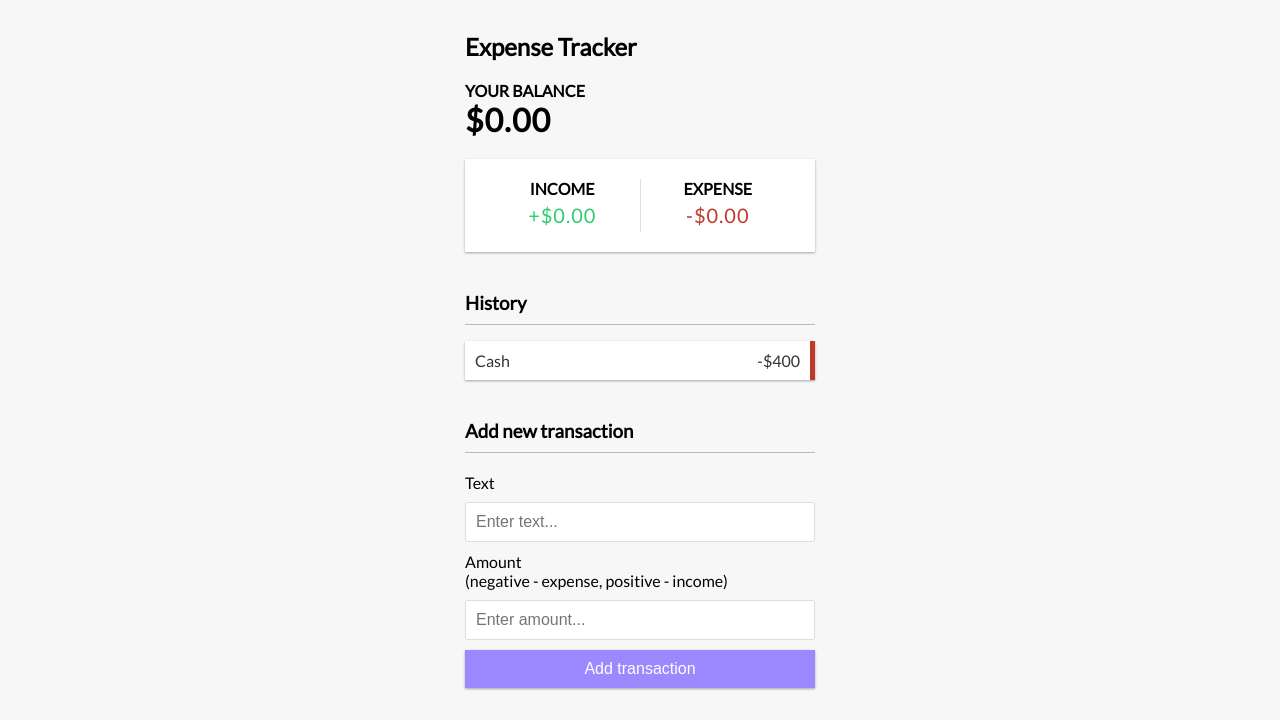
Repository: Adel-Abdallah/ex-tracker
Page: /
These files come from the project's save history. The page is drawn as it stood at one moment and after a run of saves; the edit follows.
The browser window is 1280 px wide. The pictures show the whole page.
The project was rebuilt for these pictures with package versions that can differ from the ones it lists, and the page was loaded fresh each time.

Above is the page before, as saved 2020-10-24 17:50:51.

### src/index.js
import React from 'react';
import ReactDOM from 'react-dom';

import App from './App';


ReactDOM.render(

    <App />,

  document.getElementById('root')
);

### src/App.js
import React from "react";
import Header from "./component/Header";
import Balance from "./component/Balance";
import "./App.css";
import IncomeEspenses from "./component/IncomeExpenses";
import TransactionList from "./component/TransactionList";
import AddTransaction from "./component/AddTransaction";

function App() {
  return (
    <div>
      <div className='container'>
        <Header />
        <Balance />
        <IncomeEspenses />
        <TransactionList />
        <AddTransaction/>
      </div>
    </div>
  );
}

export default App;

### src/component/Header.jsx
import React from "react";

const Header = () => {
  return <h2>Expense Tracker</h2>;
};

export default Header;

### src/component/Balance.jsx
import React from "react";

const Balance = () => {
  return (
    <>
      <h4>Your Balance</h4>
      <h1>$0.00</h1>
    </>
  );
};

export default Balance;

### src/component/IncomeExpenses.jsx
import React from "react";

const IncomeEspenses = () => {
  return (
    <div className='inc-exp-container'>
      <div>
        <h4>Income</h4>
        <p className='money plus'>+$0.00</p>
      </div>
      <div>
        <h4>Expense</h4>
        <p className='money minus'>-$0.00</p>
      </div>
    </div>
  );
};

export default IncomeEspenses;

### src/component/TransactionList.jsx
import React from 'react';

const TransactionList = () => {
    return (
        <>
        <h3>History</h3>
      <ul id="list" className="list">
         <li className="minus">
          Cash <span>-$400</span><button className="delete-btn">x</button>
        </li>
      </ul>
      </>
     );
}

export default TransactionList;

### src/component/AddTransaction.jsx
import React from 'react';

const AddTransaction = () => {
    return (
        <>
        <h3>Add new transaction</h3>
      <form id="form">
        <div className="form-control">
          <label htmlFor="text">Text</label>
          <input type="text" id="text" placeholder="Enter text..." />
        </div>
        <div className="form-control">
          <label htmlFor="amount"
            >Amount <br />
            (negative - expense, positive - income)</label
          >
          <input type="number" id="amount" placeholder="Enter amount..." />
        </div>
        <button className="btn">Add transaction</button>
      </form>

    </>
      );
}

export default AddTransaction;

Loaded but not shown: public/index.html (common file); src/App.css (common file)

After the next 2 saves:
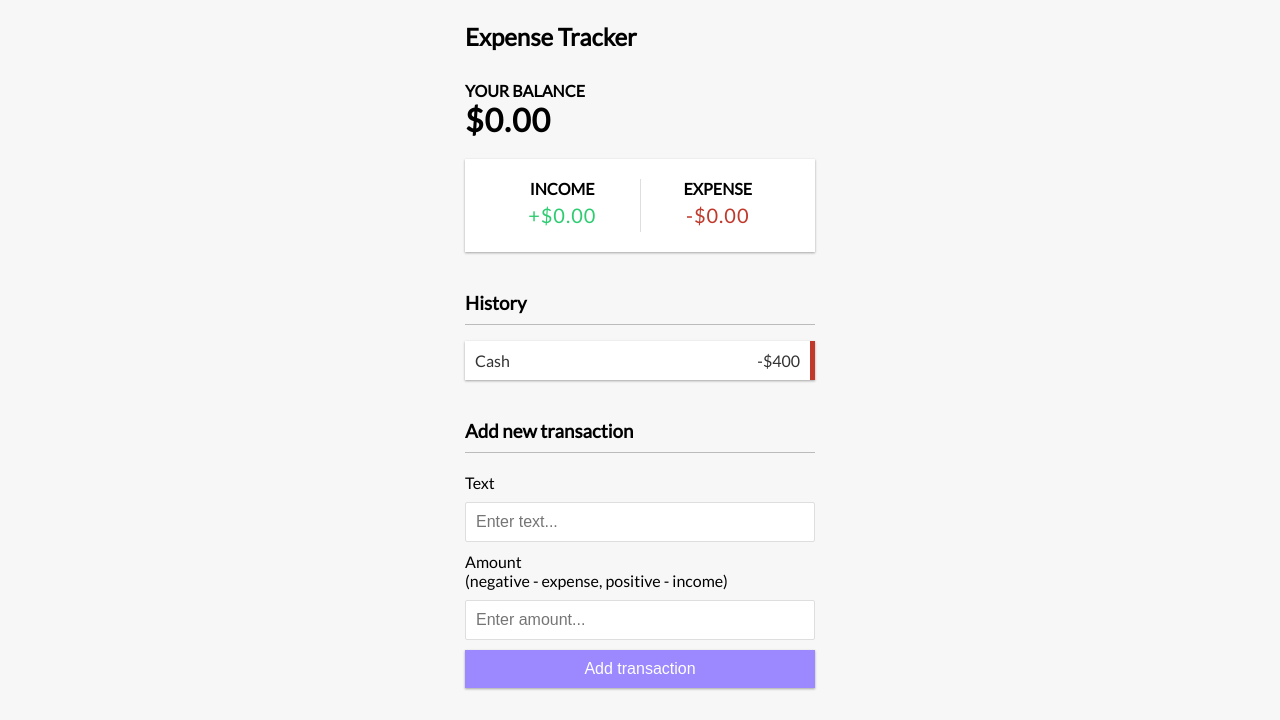
The 2 saves are shown as one change because they came seconds apart.
The last was saved 5 h 15 min later.
--- a/src/App.js
+++ b/src/App.js
@@ -9,8 +9,9 @@ import AddTransaction from "./component/AddTransaction";
 function App() {
   return (
     <div>
+      <Header />
       <div className='container'>
-        <Header />
+
         <Balance />
         <IncomeEspenses />
         <TransactionList />
